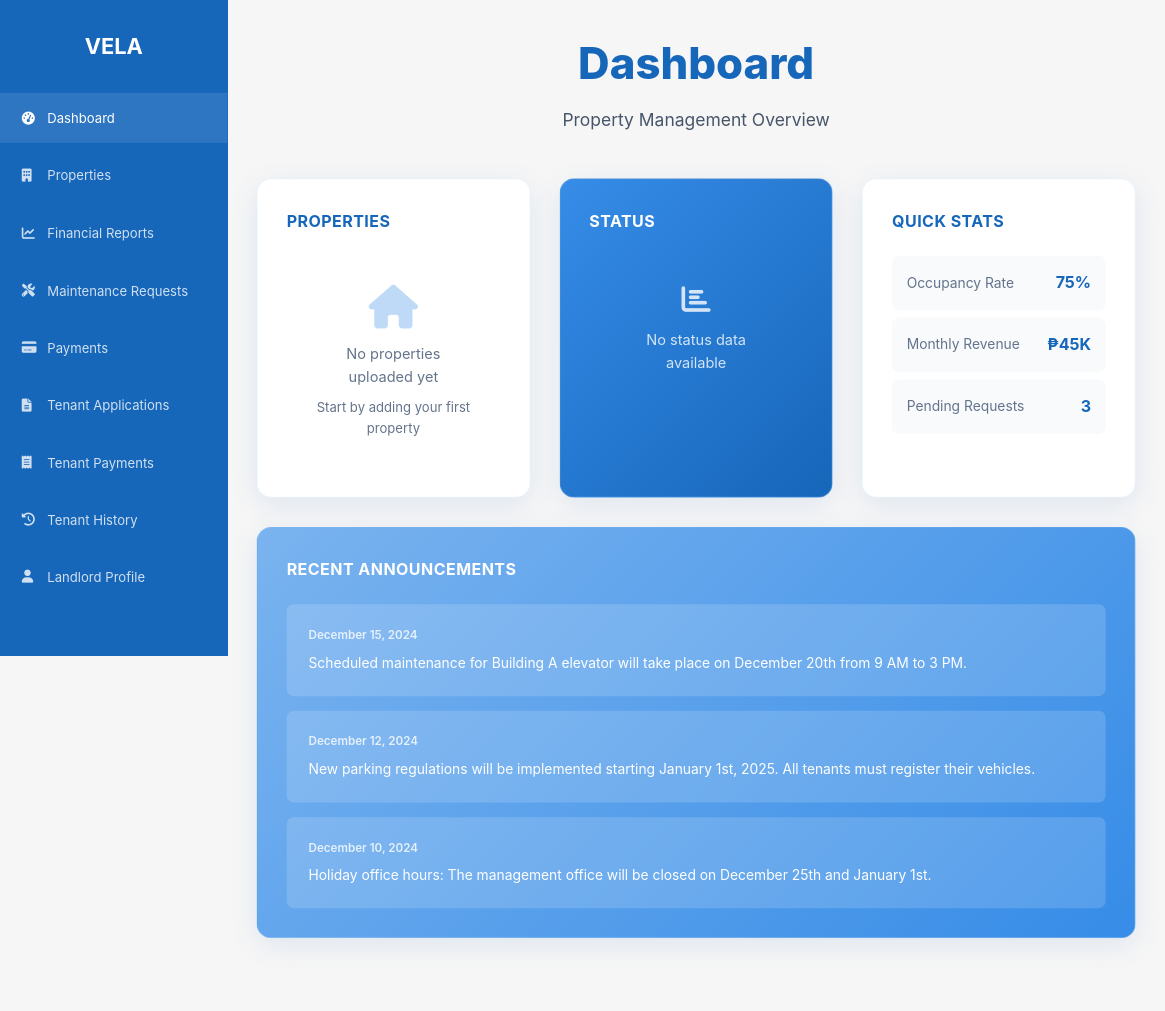
Repository: rizzerk/vela
Page: http://localhost/vela/LANDLORD/dashboard.php
The author's editor kept a copy of each file at every save. The page is drawn from the files as they stood at one save, then again after the next save.
The browser window is 1280 px wide. The pictures show the whole page, at 91% of full size.
The page is run by PHP 8.4 with error messages shown; the project is at /var/www/html/. Queries for data that is not in the repository find no rows.

Above is the page before, as saved 2025-06-28 20:16:26.

After the next save:
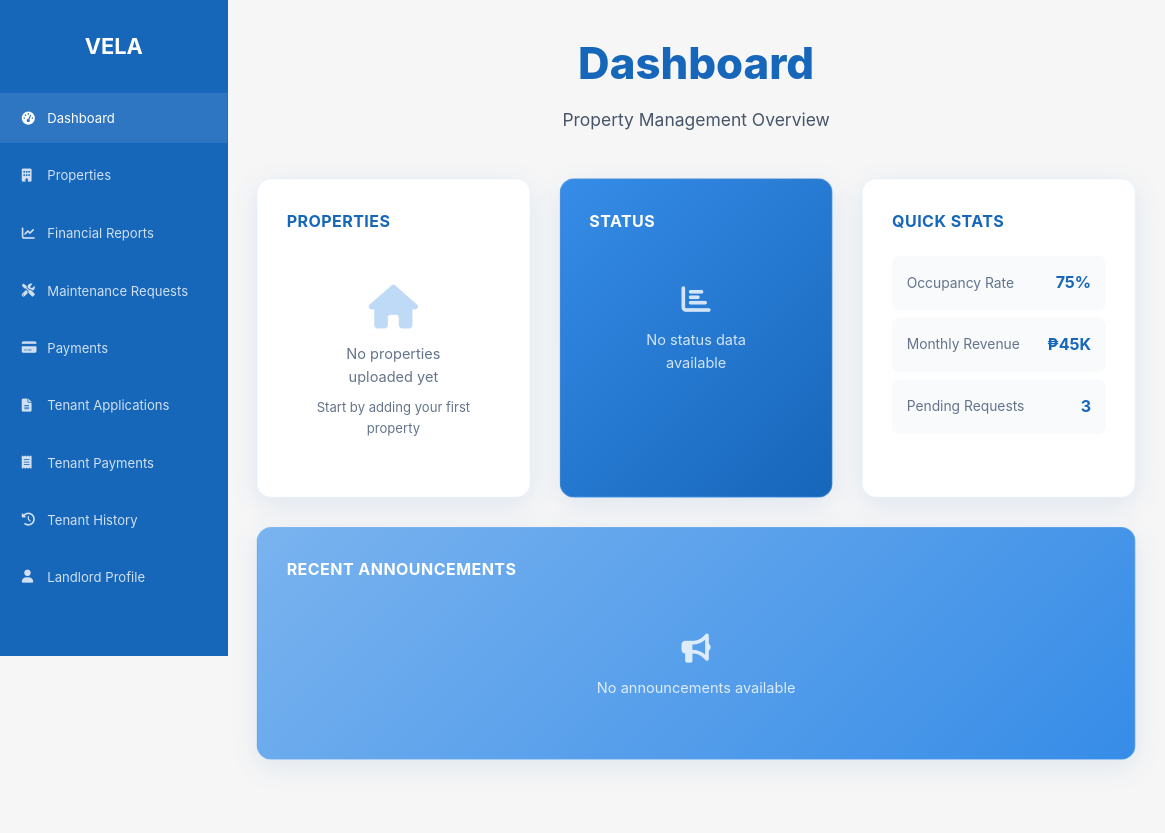
Saved 3 min 44 s later.
--- a/LANDLORD/dashboard.php
+++ b/LANDLORD/dashboard.php
@@ -27,6 +27,14 @@ if ($result->num_rows > 0) {
     $total_vacant = array_sum(array_column($properties, 'vacant'));
     $total_occupied = array_sum(array_column($properties, 'occupied'));
 }
+
+// Fetch announcements
+$announcement_query = "SELECT title, content, created_at
+                      FROM ANNOUNCEMENT
+                      WHERE visible_to IN ('landlord', 'all')
+                      ORDER BY created_at DESC
+                      LIMIT 3";
+$announcements = $conn->query($announcement_query)->fetch_all(MYSQLI_ASSOC);
 
 ?>
 
@@ -309,24 +317,22 @@ if ($result->num_rows > 0) {
 
             <div class="card announcements-card">
                 <h2 class="card-title">Recent Announcements</h2>
-                <div class="announcement">
-                    <div class="announcement-date">December 15, 2024</div>
-                    <div class="announcement-text">
-                        Scheduled maintenance for Building A elevator will take place on December 20th from 9 AM to 3 PM.
-                    </div>
-                </div>
-                <div class="announcement">
-                    <div class="announcement-date">December 12, 2024</div>
-                    <div class="announcement-text">
-                        New parking regulations will be implemented starting January 1st, 2025. All tenants must register their vehicles.
-                    </div>
-                </div>
-                <div class="announcement">
-                    <div class="announcement-date">December 10, 2024</div>
-                    <div class="announcement-text">
-                        Holiday office hours: The management office will be closed on December 25th and January 1st.
-                    </div>
-                </div>
+                <?php if (empty($announcements)): ?>
+                    <div style="text-align: center; padding: 2rem; color: rgba(255,255,255,0.8);">
+                        <i class="fas fa-bullhorn" style="font-size: 2rem; margin-bottom: 1rem;"></i>
+                        <p>No announcements available</p>
+                    </div>
+                <?php else: ?>
+                    <?php foreach ($announcements as $announcement): ?>
+                        <div class="announcement">
+                            <div class="announcement-date"><?= date('F j, Y', strtotime($announcement['created_at'])) ?></div>
+                            <div class="announcement-text">
+                                <strong><?= htmlspecialchars($announcement['title']) ?></strong><br>
+                                <?= htmlspecialchars($announcement['content']) ?>
+                            </div>
+                        </div>
+                    <?php endforeach; ?>
+                <?php endif; ?>
             </div>
         </div>
     </div>
